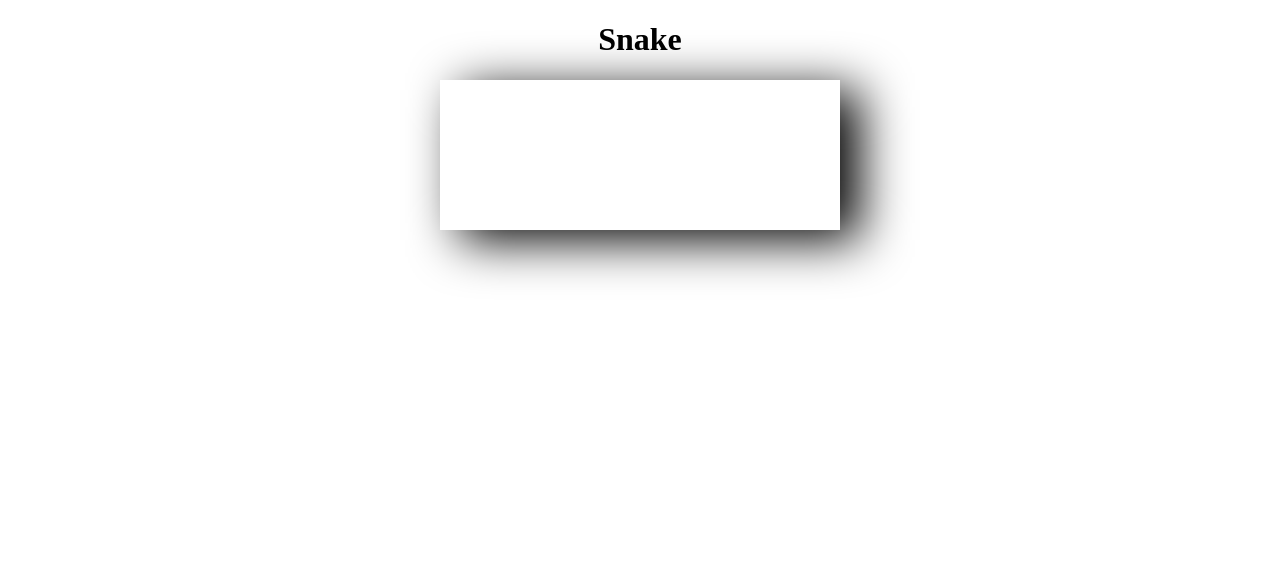
Repository: Ellisvelandia/snake
Page: index.html
The author's editor kept a copy of each file at every save. The page is drawn from the files as they stood at one save, then again after the next save.
The browser window is 1280 px wide. The pictures show the whole page.

Above is the page before, as saved 2022-08-26 22:20:22.

### index.html
<!DOCTYPE html>
<html lang="en">
<head>
  <meta charset="UTF-8">
  <meta http-equiv="X-UA-Compatible" content="IE=edge">
  <meta name="viewport" content="width=device-width, initial-scale=1.0">
  <link rel="stylesheet" href="style.css">
  <title>Snake</title>
</head>
<body>

  <h1>Snake</h1>

  <canvas id="game" width="400px"></canvas>
  <script src="index.js"></script>
</body>
</html>

### style.css
body {
  margin: 0;
  padding: 0;
  display:flex;
  flex-direction: column;
  justify-content:center;
  align-items: center;
}

canvas {
  box-shadow: #000 20px  10px 50px;
}

Loaded but not shown: index.js (no stored copy; drawn as an empty file)

After the next save:
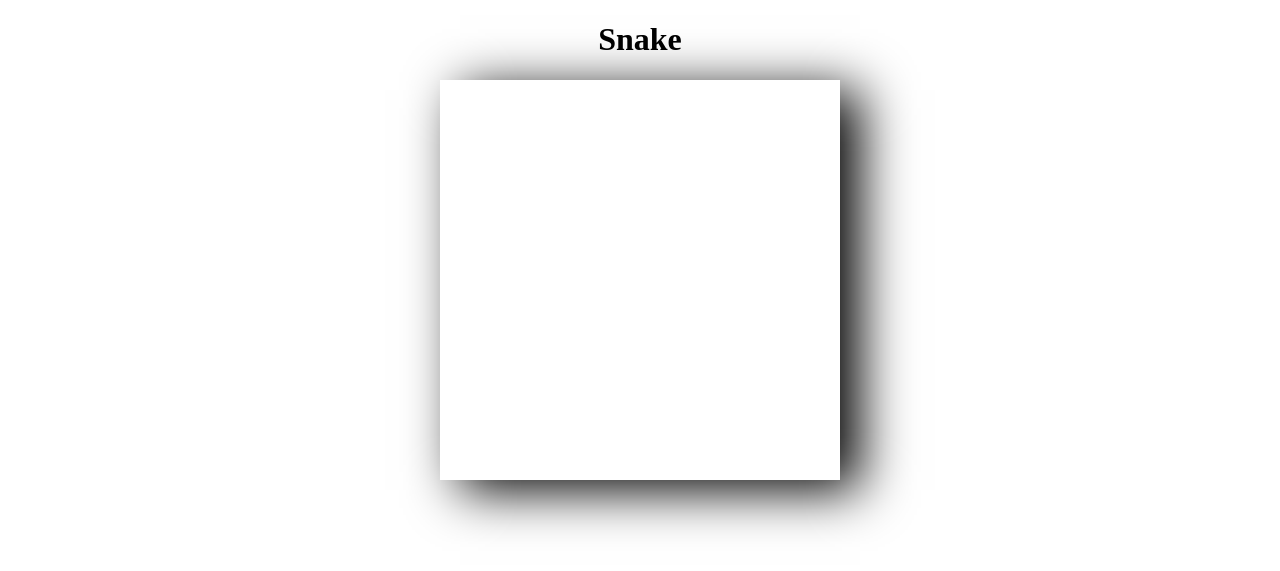
Saved 9 s later.
--- a/index.html
+++ b/index.html
@@ -11,7 +11,7 @@
 
   <h1>Snake</h1>
 
-  <canvas id="game" width="400px"></canvas>
+  <canvas id="game" width="400px" height="400"></canvas>
   <script src="index.js"></script>
 </body>
 </html>
